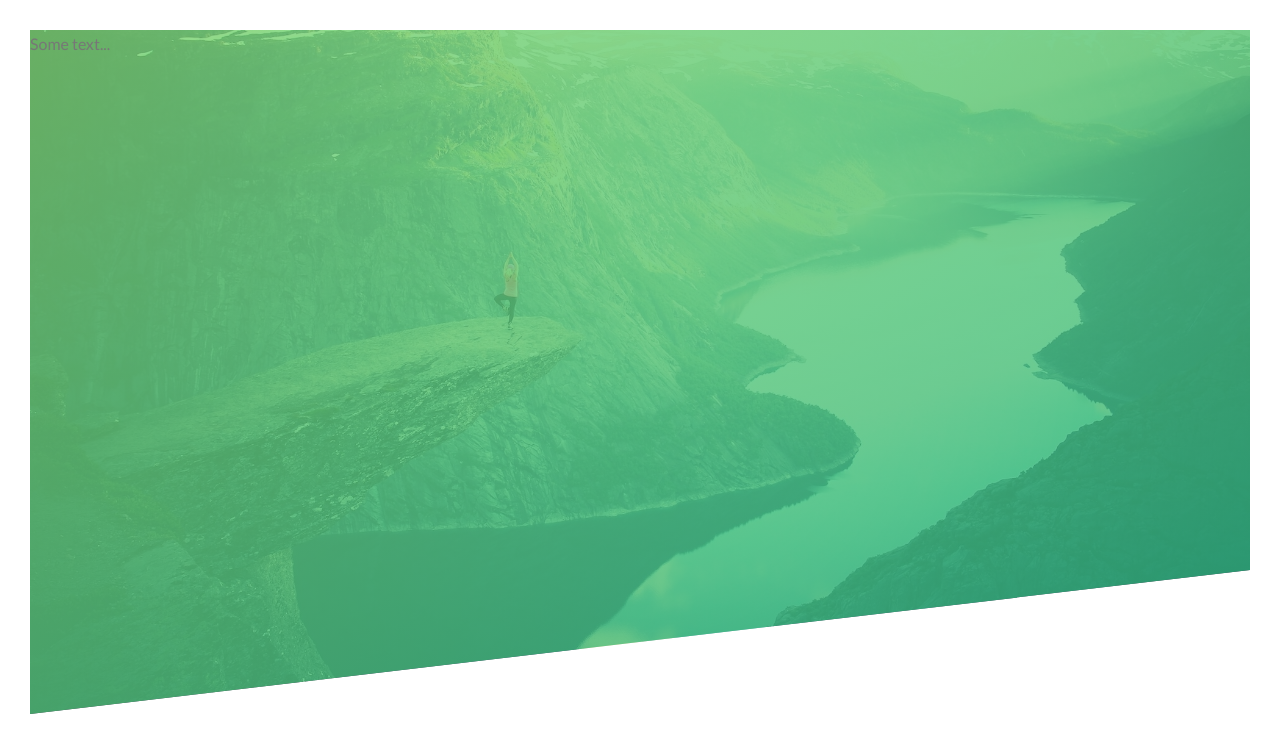
Repository: kamilluc/advanced-css-course
Page: Natours/my-implementation/index.html
An editor plug-in stored every save of this project. The page is shown before and after the next save, followed by the edit.
The browser window is 1280 px wide. The pictures show the whole page.

Above is the page before, as saved 2019-05-24 21:06:28.

After the next save:
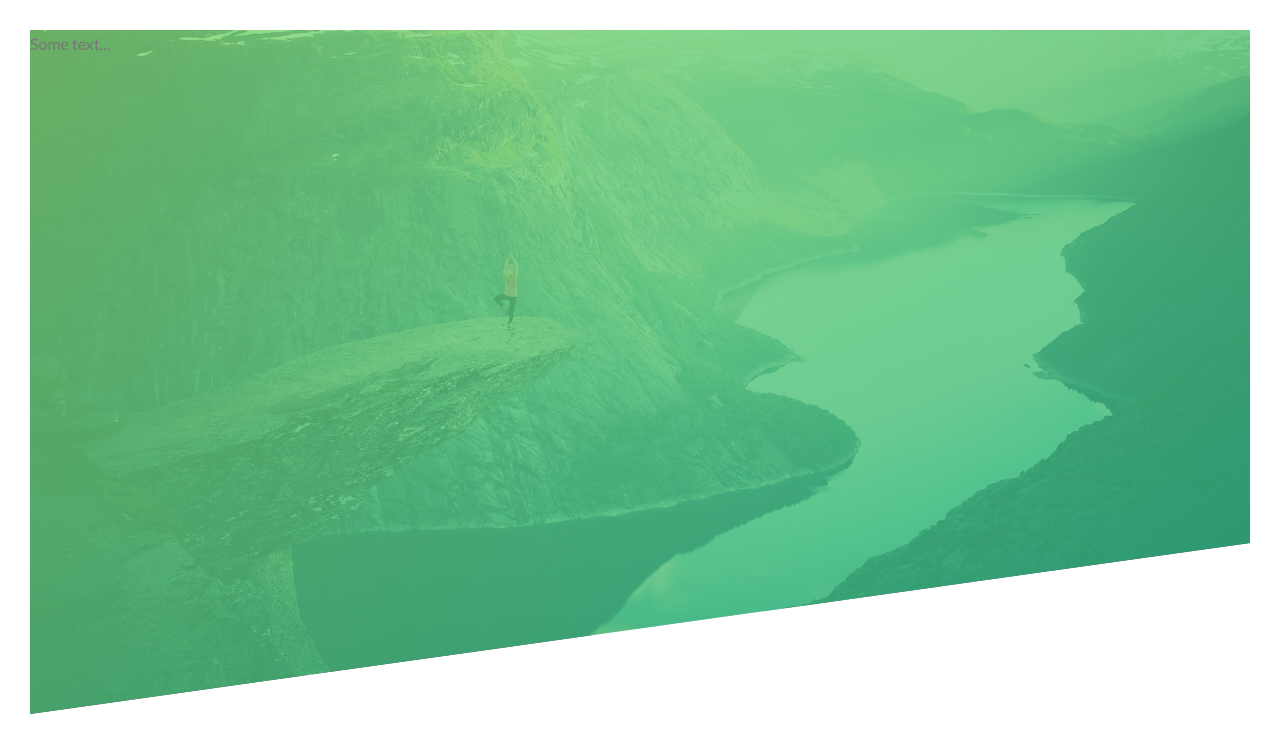
Saved 10 s later.
--- a/Natours/my-implementation/css/style.css
+++ b/Natours/my-implementation/css/style.css
@@ -36,5 +36,5 @@
     url("../img/hero.jpg");
   background-size: cover;
   background-position: top;
-  clip-path: polygon(0 0, 100% 0, 100% 75vh, 0 100%);
+  clip-path: polygon(0 0, 100% 0, 100% 75%, 0 100%);
 }

After the save that followed:
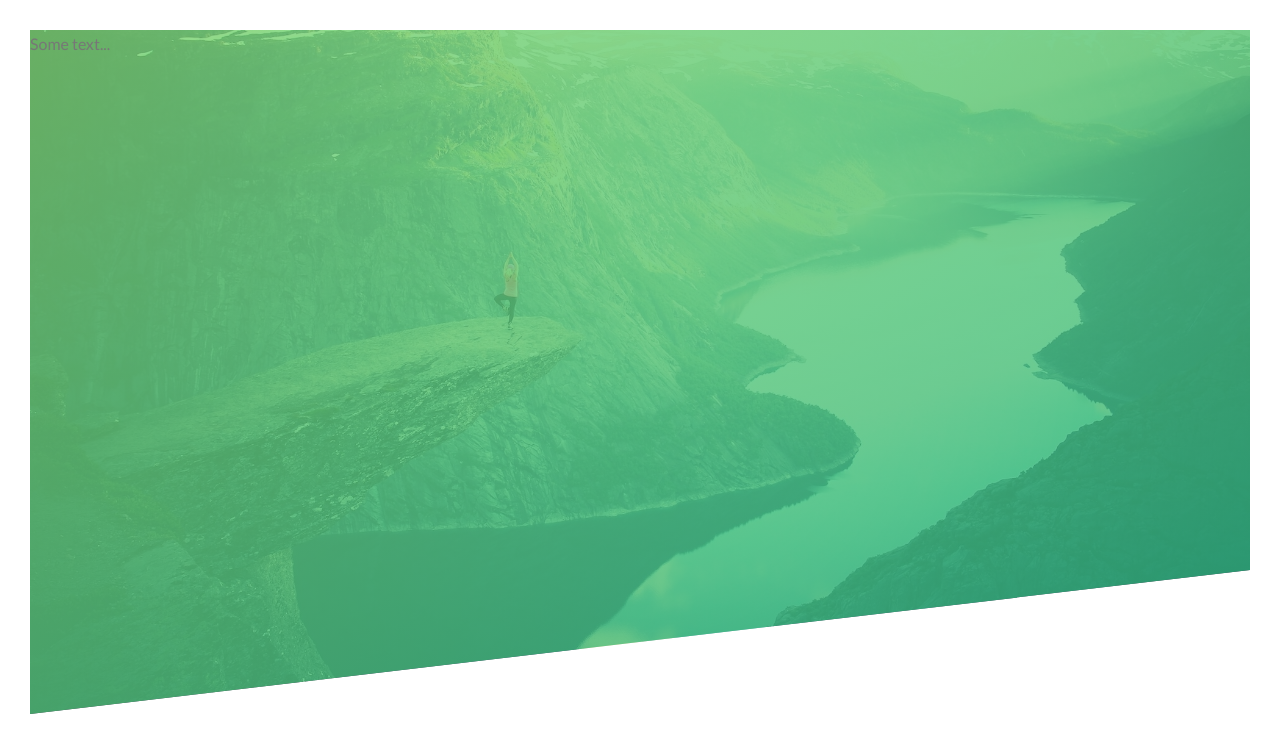
Saved 5 s later.
--- a/Natours/my-implementation/css/style.css
+++ b/Natours/my-implementation/css/style.css
@@ -36,5 +36,5 @@
     url("../img/hero.jpg");
   background-size: cover;
   background-position: top;
-  clip-path: polygon(0 0, 100% 0, 100% 75%, 0 100%);
+  clip-path: polygon(0 0, 100% 0, 100% 75vh, 0 100%);
 }
